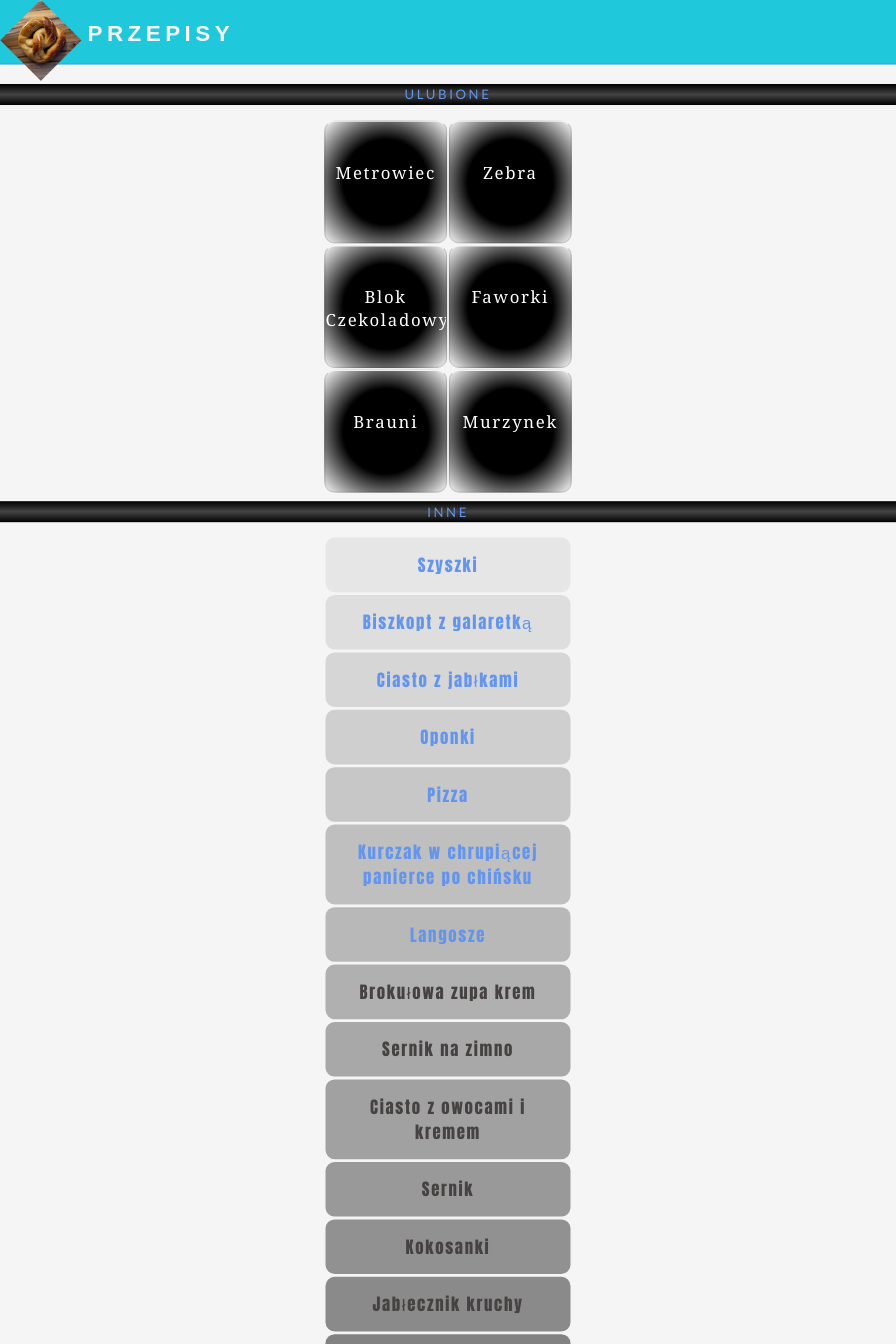
Repository: yaoayh/przepisy
Page: index.html
These files come from the project's save history. The page is drawn as it stood at one moment and after the next save; the edit follows.
The browser window is 1280 px wide. The pictures show the part of the page from y = 0 to 1920 px (the page is 3147 px tall), at 70% of full size.

Above is the page before, as saved 2020-08-14 01:05:06.

After the next save:
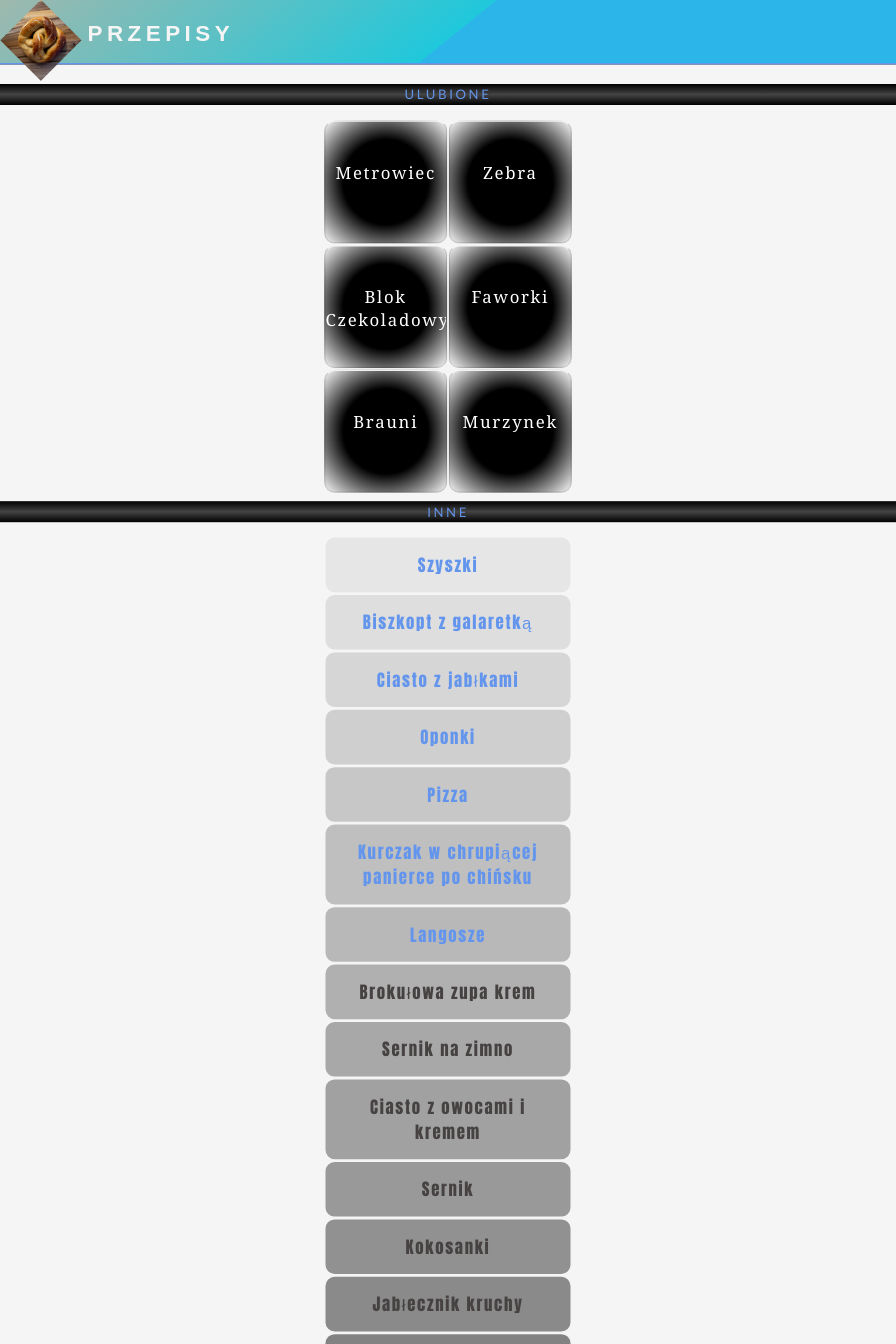
Saved 89 s later.
--- a/css/styles.css
+++ b/css/styles.css
@@ -15,8 +15,8 @@ body.body_Undersite{
     width: 100%;
     height: 90px;
     position: fixed;
-    background-color: #1FC8DB;
-    background-image: linear-gradient();
+    background-color: black;
+    background-image: linear-gradient(141deg, #9fb8ad 0%, #1fc8db 51%, #2cb5e8 51%, #2cb5e8 75%);
     border-bottom: 2px solid cornflowerblue;}
 
 .picture{
